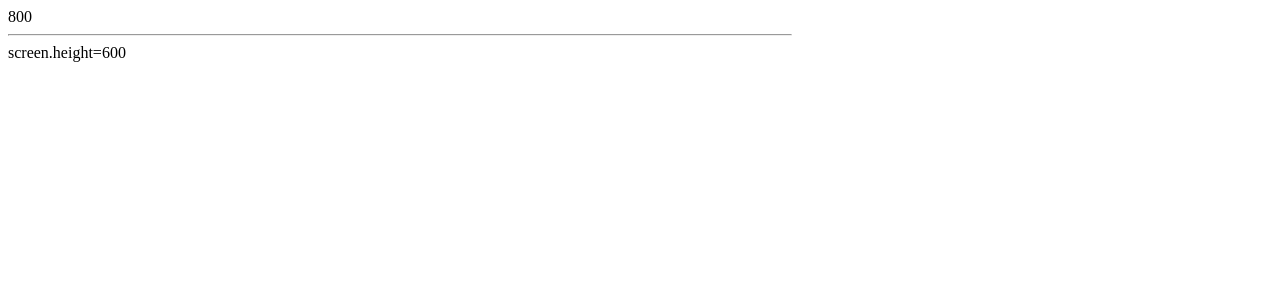
Repository: GrigoriyMo/stepthegame
Page: http://localhost/test.php
The author's editor kept a record of every edit. The page is drawn from the files as they stood at one moment, then again after the next edit.
The browser window is 1280 px wide. The pictures show the whole page.
The page is run by PHP 8.4 with error messages shown; the project is at /var/www/html/.

Above is the page before.

### test.php
<style>
html{
    width:360;
    height:640;
}
</style>
<script>
var a = document.getElementsByTagName('html')[0].style.width = screen.width;
var b = document.getElementsByTagName('html')[0].style.height = screen.height;
</script>
<meta charset="UTF-8">
<?php
/*
$arr = ["Windows Phone","Android","IOS","Windows Mobile"];
$a = $_SERVER['HTTP_USER_AGENT'];
            if(preg_match("~".implode("|",$arr)."~",$a)){
                    echo 'C телефона';
                }else {
                    echo 'С компа';
                }
                */
$screenWidth='<script type="text/javascript">document.write(a);</script>';
echo$screenWidth."<hr>";
$screenHeight='<script type="text/javascript">document.write("screen.height="+screen.height);</script>';
echo$screenHeight;

After the next edit:
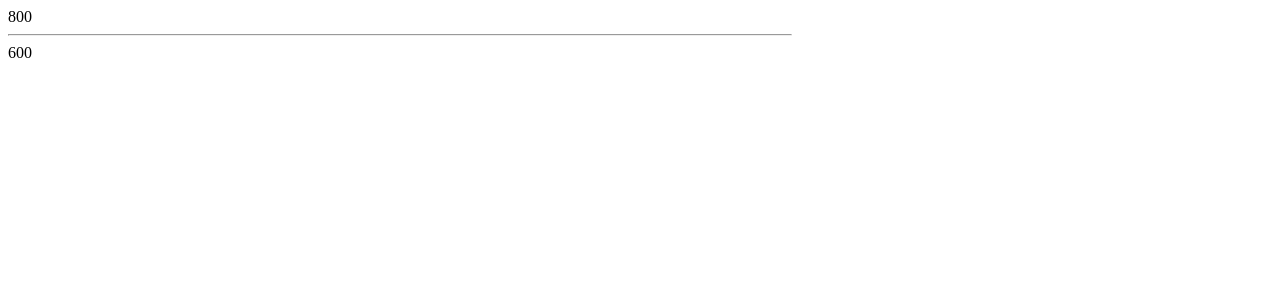
The edit:
--- a/test.php
+++ b/test.php
@@ -21,5 +21,5 @@
                 */
 $screenWidth='<script type="text/javascript">document.write(a);</script>';
 echo$screenWidth."<hr>";
-$screenHeight='<script type="text/javascript">document.write("screen.height="+screen.height);</script>';
+$screenHeight='<script type="text/javascript">document.write(b);</script>';
 echo$screenHeight;
